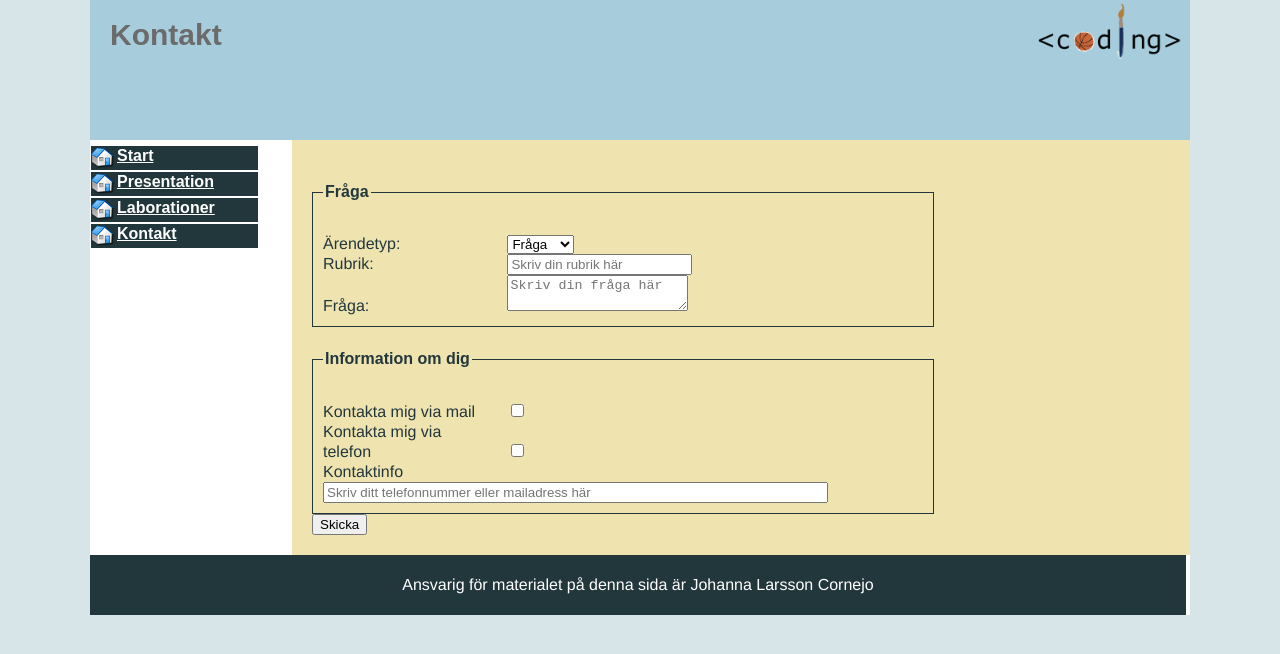
Repository: jc222fi/1ik415-laborationer
Page: pages/kontakt.html
The author's editor kept a record of every edit. The page is drawn from the files as they stood at one moment, then again after the next edit.
The browser window is 1280 px wide. The pictures show the whole page.

Above is the page before.

### pages/kontakt.html
<!doctype html>
<html>
    <head>
        <meta charset="utf-8" />
        <meta name="viewport" content="width=device-width, initial-scale=1.0" />
        <title>Kontakt</title>
        <!-- Screen > 480px -->
        <link rel="stylesheet" media="screen and (min-width: 481px)" href="../css/style.css" />
        <!-- Smartphones <= 480px -->
        <link rel="stylesheet" media="only screen and (max-width: 480px)" href="../css/smartphone.css" />
        <link rel="stylesheet" media="print" href="../css/print.css" />
    </head>
    <body>
    <div id="container">
        <div id="header">
            <header>
                <h1 id="kontakt">Kontakt</h1>
            </header>
        </div>
        <div id="nav">
            <ul>
                <li><a href="../index.html" id="index">Start</a></li>
                <li><a href="presentation.html" id="pres">Presentation</a></li>
                <li><a href="laborationer.html" id="lab">Laborationer</a></li>
                <li><a href="#kontakt" class="active" id="kontakt">Kontakt</a></li>
            </ul>
        </div>
        <div id="content">
            <form action="http://voyager.lnu.se/tekinet/kurser/dtt/wp_webbintro/form.php" method="post">
                <fieldset>
                    <legend>Fråga</legend>
                    <label for="ärendetyp" class="label">Ärendetyp:</label>
                    <select id="ärendetyp" name="ärendetyp">
                        <option value="1">Fråga</option>
                        <option value="2">Åsikt</option>
                        <option value="3">Förslag</option>
                    </select>
                    <p>
                        <label for="rubrik" class="label">Rubrik:</label>
                        <input placeholder="Skriv din rubrik här" type="text" id="rubrik" name="rubrik" size="20" />
                    </p>
                    <p>
                        <label for="fråga" class="label">Fråga:</label>
                        <textarea placeholder="Skriv din fråga här" id="fråga" name="fråga"></textarea>
                    </p>
                </fieldset>
                <fieldset>
                    <legend>Information om dig</legend>
                    <label for="mail" class="label">Kontakta mig via mail</label>
                    <input type="checkbox" id="mail" name="g1[]" value="mail" />
                    <p>
                        <label for="telefon" class="label">Kontakta mig via telefon</label>
                        <input type="checkbox" id="telefon" name="g1[]" value="telefon" />
                    </p>
                    <p><label for="kontaktinfo" class="label">Kontaktinfo</label>
                    <input placeholder="Skriv ditt telefonnummer eller mailadress här" type="text"
                    id="kontaktinfo" name="kontaktinfo" size="60">
                    </p>
                </fieldset>
                <input type="submit" value="Skicka" />
            </form>
        </div>
        <div id="footer">
            <footer>
                <p>Ansvarig för materialet på denna sida är Johanna Larsson Cornejo</p>
            </footer>
        </div>
    </div>
    </body>
</html>

### css/style.css
/* http://meyerweb.com/eric/tools/css/reset/
   v2.0 | 20110126
   License: none (public domain)
*/

html, body, div, span, applet, object, iframe,
h1, h2, h3, h4, h5, h6, p, blockquote, pre,
a, abbr, acronym, address, big, cite, code,
del, dfn, em, img, ins, kbd, q, s, samp,
small, strike, strong, sub, sup, tt, var,
b, u, i, center,
dl, dt, dd, ol, ul, li,
fieldset, form, label, legend,
table, caption, tbody, tfoot, thead, tr, th, td,
article, aside, canvas, details, embed,
figure, figcaption, footer, header, hgroup,
menu, nav, output, ruby, section, summary,
time, mark, audio, video {
	margin: 0;
	padding: 0;
	border: 0;
	font-size: 100%;
	font: inherit;
	vertical-align: baseline;
}/*Layout*/
#container{
	width:1100px;
	max-width:100%;
	margin:0 auto;
}
#header{
	height:100px;
}
#nav{
   float:left;
   width:168px;
   max-width:18%;
	margin-top:5px;
}
#content{
	float:right;
	width:920px;
	max-width:78%;
}
#footer{
	clear:both;
	max-width:96%;
	width:1100px;
	padding:20px;
}

/*
Background body:#D7E4E8
Background container: #FFFFFF
Background header: #A7CDDC
Background nav: #381B43
Background content: #EFE4B0
Background footer:#22373C
Text colour: #22373C
*/

body{
	background-color:#D7E4E8;

}
#container{
	background-color:#FFFFFF;
}
#header{
	background-color:#A7CDDC;
	color:#6B6B6B;
	background-image:url("pics/logo.png");
	background-position:right top;
	background-repeat:no-repeat;
	font-family:Arial, Gadget, sans-serif;
	font-size:30px;
	font-weight:bolder;
	padding:20px;
}

	/*h1{
		color:#6B6B6B;
		font-family:Arial, Gadget, sans-serif;
		font-size:30px;
		font-weight:bolder;
		padding-bottom:20px;
	}*/
#nav{
	background-color:#22373C;
}
	#nav a{
		display:block;
		width:100%;
		height:24px;
		border:1px solid white;
		background-image:url(pics/sprite.png);
		background-repeat:no-repeat;
		text-indent:26px;
		color:white;
	}
	#index a:link{background-position:0 -48px;text-decoration:none;}
	#index a:hover{background-position:0 0;background-color:white;text-decoration:underline;color:black;}
	#index a.active{background-position:0 0;background-color:white;text-decoration:underline;color:black;}

	#pres a:link{background-position:0 -240px;text-decoration:none;}
	#pres a:hover{background-position:0 -192px;background-color:white;text-decoration:underline;color:black;}
	#pres a.active{background-position:0 -192px;background-color:white;text-decoration:underline;color:black;}

	#lab a:link{background-position:0 -144px;text-decoration:none;}
	#lab a:hover{background-position:0 -96px;background-color:white;text-decoration:underline;color:black;}
	#lab a.active{background-position:0 -96px;background-color:white;text-decoration:underline;color:black;}

	#kontakt a:link{background-position:0 -336px;text-decoration:none;}
	#kontakt a:hover{background-position:0 -288px;background-color:white;text-decoration:underline;color:black;}
	#kontakt a.active{background-position:0 -288px;background-color:white;text-decoration:underline;color:black;}
	#nav li{
		font-family:Arial, Gadget, sans-serif;
		font-weight:bolder;
	}
		/*Länkar i menyn*/
		/*#nav a:link{background-color:#381B43; text-decoration:none;}
		#nav a:visited{background-color:#7F7F7F;text-decoration:none;}
		#nav a:focus{background-color:white;text-decoration:underline;color:black;}
		#nav a:hover{background-color:white;text-decoration:underline;color:black;}
		#nav a.active{background-color:#22373C;text-decoration:none;}
		#nav li{
		   font-family:Arial, Gadget, sans-serif;
			font-weight:bolder;
		}*/

#content{
	padding:20px;
	background-color:#EFE4B0;
	color:#22373C;
}
	/*Text och stil på mina rubriker*/
	h2, h3, h4, legend{
		font-family:Arial, Gadget, sans-serif;
		font-weight:bold;
		line-height:60px;
	}
		h2{
			font-size:25px;
		}
		h3, h4{
			font-size:small;
		}
	/*Mer övergripande text och stil*/
	#strong, p, li, table, dl, form{
		font-family:Helvetica, Verdana, sans-serif;
		line-height:20px;
	}
	p p{
		margin-top:50px;
	}
	img, video{
		max-width:100%;
	}
	img.right, video.right{
		float:right;
	}
	#strong{
		font-style:italic;
	}
	/*Överskrift och signatur på mina blogginlägg*/
	.post, p em{
		font-family:"Comic Sans MS", cursive, sans-serif;
	}
		/*Bild lånad från http://www.skolbilder.com/Malarbild-blaeckpenna-i19373.html som uttryckligen
		säger att samtliga bilder får användas i privat, edukativt, icke-kommersiellt syfte*/
		#content h2.post{
			background-image:url("pics/bleckpenna.png");
			background-position:left top;
			background-repeat:no-repeat;
			text-indent:50px;
		}
	/*Signatur på mina blogginlägg*/
	p em{
		font-style:italic;
		color:#8B4513;
	}
	/*Tabell*/
	table, th, td{
		border:1px solid #22373C;
		padding:3px;
	}
	thead, tfoot{
		font-family:Arial, Gadget, sans-serif;
		font-weight:bold;
		line-height:25px;
		text-align:center;
	}
		tr:nth-of-type(odd){
			background-color:#22373C;
			color:white;
		}
		tr:nth-of-type(even){
			background-color:white;
		}
	/*Övriga länkar som inte är del av menyn*/
	#content a:link{color:#7B68EE; text-decoration:none;}
	#content a:visited{color:#8B0000; text-decoration:none;}
	#content a:focus{color:#778899; text-decoration:underline;}
	#content a:hover{color:#778899; text-decoration:underline;}
	#content a:active{color:white; text-decoration:none;}
	/*Formulär*/
	fieldset{
		border:1px solid #22373C;
		padding:10px;
		width:600px;
	}
	legend{
		padding:2px;
	}
	.label{
   	display: inline-block;
   	width: 170px;
   	text-align: left;
   	margin-right: 10px;
	}
	/*Listor exklusive menyn*/
	#content ul li{
		margin-left:20px;
		list-style-type:circle;
	}
	#content dd{
		text-indent:15px;
	}
	#content .laborationer{
		list-style-type:none;
	}
	ol li{
		margin-left:15px;
		list-style-type:decimal;
	}

#footer{
	background-color:#22373C;
	color:#FFFFFF;
	text-align:center;
}


/* HTML5 display-role reset for older browsers */
article, aside, details, figcaption, figure,
footer, header, hgroup, menu, nav, section {
	display: block;
}
body {
	line-height: 1;
}
ol, ul {
	list-style: none;
}
blockquote, q {
	quotes: none;
}
blockquote:before, blockquote:after,
q:before, q:after {
	content: '';
	content: none;
}
table {
	border-collapse: collapse;
	border-spacing: 0;
}

### css/smartphone.css
/*Layout*/
div{
    display:block;
}
#container{
    max-width:100%;
    width:340px;
	margin:5px auto;
}
#header{
	height:100px;
}
#nav{
    max-width:100%;
    width:360px;
	margin-top:5px;
}
#content{
	max-width:100%;
	margin-top:5px;
}
#footer{
	max-width:96%;
	width:300px;
	padding:10px;
}

/*
Background body:#D7E4E8
Background container: #FFFFFF
Background header: #A7CDDC
Background nav: #381B43
Background content: #EFE4B0
Background footer:#22373C
Text colour: #22373C
*/

body{
	background-color:#D7E4E8;

}
#container{
	background-color:#FFFFFF;
}
#header{
	background-color:#A7CDDC;
	color:#6B6B6B;
	background-image:url("pics/logo.png");
	background-position:center top;
	background-repeat:no-repeat;
	font-family:Arial, Gadget, sans-serif;
	font-size:10px;
	font-weight:bolder;
	padding:20px;
}
    #header h1{
        margin-top:40px;
    }
#nav{
	background-color:#22373C;
}
	#nav ul{
	    list-style-type:none;
	}
	#nav li{
		font-family:Arial, Gadget, sans-serif;
		font-weight:bolder;
		margin-left:-40px;
	}
	#nav a{
	    display:block;
		/*width:347px;*/
		max-width:100%;
		height:24px;
		border:1px solid white;
		background-image:url(pics/sprite.png);
		background-repeat:no-repeat;
		text-indent:26px;
		padding-left:2px;
		color:white;
	}
	#index a:link{background-position:0 -48px;text-decoration:none;}
	#index a:hover{background-position:0 0;background-color:white;text-decoration:underline;color:black;}
	#index a.active{background-position:0 0;background-color:white;text-decoration:underline;color:black;}

	#pres a:link{background-position:0 -240px;text-decoration:none;}
	#pres a:hover{background-position:0 -192px;background-color:white;text-decoration:underline;color:black;}
	#pres a.active{background-position:0 -192px;background-color:white;text-decoration:underline;color:black;}

	#lab a:link{background-position:0 -144px;text-decoration:none;}
	#lab a:hover{background-position:0 -96px;background-color:white;text-decoration:underline;color:black;}
	#lab a.active{background-position:0 -96px;background-color:white;text-decoration:underline;color:black;}

	#kontakt a:link{background-position:0 -336px;text-decoration:none;}
	#kontakt a:hover{background-position:0 -288px;background-color:white;text-decoration:underline;color:black;}
	#kontakt a.active{background-position:0 -288px;background-color:white;text-decoration:underline;color:black;}

#content{
	padding:10px;
	background-color:#EFE4B0;
	color:#22373C;
}
	/*Text och stil på mina rubriker*/
	h2, h3, h4, legend{
		font-family:Arial, Gadget, sans-serif;
		font-weight:bold;
		line-height:30px;
	}
		h2{
			font-size:25px;
		}
		h3, h4{
			font-size:small;
		}
	/*Mer övergripande text och stil*/
	#strong, p, li, table, dl, form{
		font-family:Helvetica, Verdana, sans-serif;
		line-height:20px;
	}
	img, video{
		max-width:100%;
	}
	#strong{
		font-style:italic;
	}
	/*Överskrift och signatur på mina blogginlägg*/
	.post, p em{
		font-family:"Comic Sans MS", cursive, sans-serif;
	}

	/*Signatur på mina blogginlägg*/
	p em{
		font-style:italic;
		color:#8B4513;
	}
	/*Tabell*/
	table, th, td{
		border-collapse:collapse;
		border:1px solid #22373C;
		padding:3px;
	}
	thead, tfoot{
		font-family:Arial, Gadget, sans-serif;
		font-weight:bold;
		line-height:25px;
		text-align:center;
	}
		tr:nth-of-type(odd){
			background-color:#22373C;
			color:white;
		}
		tr:nth-of-type(even){
			background-color:white;
		}
	/*Övriga länkar som inte är del av menyn*/
	#content a:link{color:#7B68EE; text-decoration:none;}
	#content a:visited{color:#8B0000; text-decoration:none;}
	#content a:focus{color:#778899; text-decoration:underline;}
	#content a:hover{color:#778899; text-decoration:underline;}
	#content a:active{color:white; text-decoration:none;}

	/*Listor exklusive menyn*/
	#content ul li{
		margin-left:20px;
		list-style-type:circle;
	}
	#content dd{
		text-indent:15px;
	}
	#content .laborationer{
		list-style-type:none;
	}
	ol li{
		margin-left:15px;
		list-style-type:decimal;
	}
	fieldset{
		display:block;
		border:1px solid #22373C;
		padding:10px;
		max-width:100%;
		width:600px;
	}
	legend{
		padding:2px;
	}
	.label{
   	display: inline-block;
   	width: 170px;
   	text-align: left;
   	margin-right: 10px;
	}
#footer{
	background-color:#22373C;
	color:#FFFFFF;
	text-align:center;
}

Loaded but not shown: css/print.css (no copy from this time; the picture is the same without it)

After the next edit:
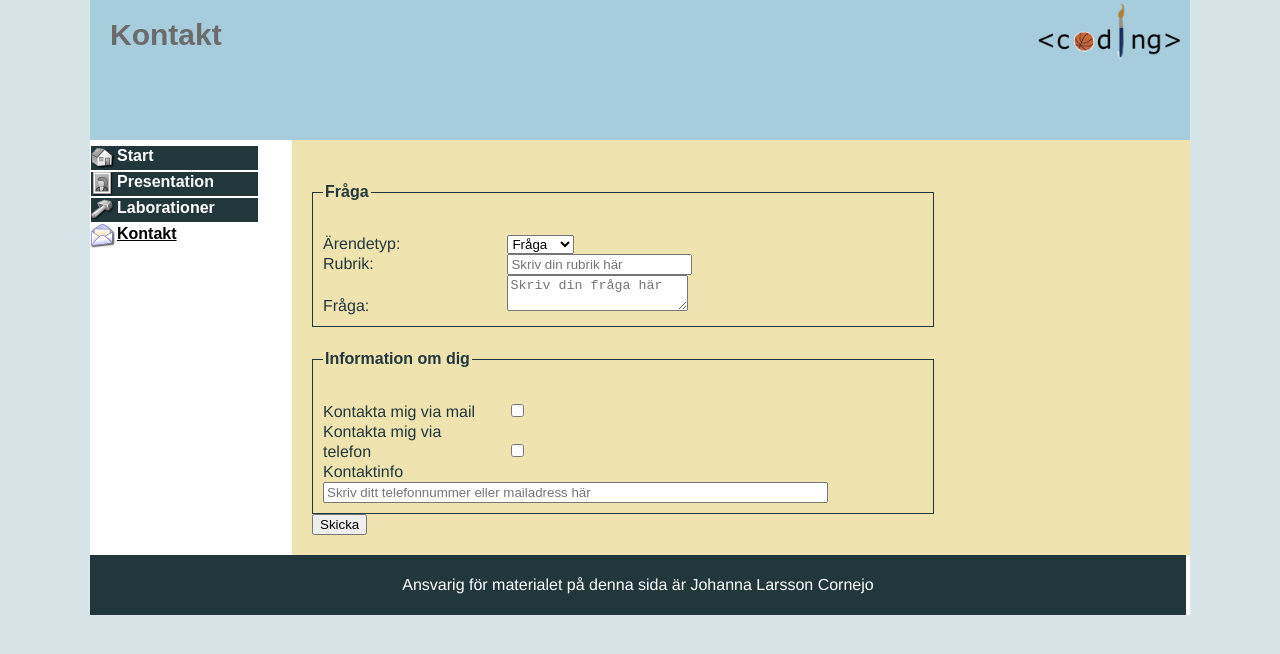
The edit:
--- a/pages/kontakt.html
+++ b/pages/kontakt.html
@@ -19,10 +19,10 @@
         </div>
         <div id="nav">
             <ul>
-                <li><a href="../index.html" id="index">Start</a></li>
-                <li><a href="presentation.html" id="pres">Presentation</a></li>
-                <li><a href="laborationer.html" id="lab">Laborationer</a></li>
-                <li><a href="#kontakt" class="active" id="kontakt">Kontakt</a></li>
+                <li id="index"><a href="../index.html">Start</a></li>
+                <li id="pres"><a href="presentation.html">Presentation</a></li>
+                <li id="lab"><a href="laborationer.html">Laborationer</a></li>
+                <li id="kontakt"><a href="#kontakt" class="active">Kontakt</a></li>
             </ul>
         </div>
         <div id="content">
